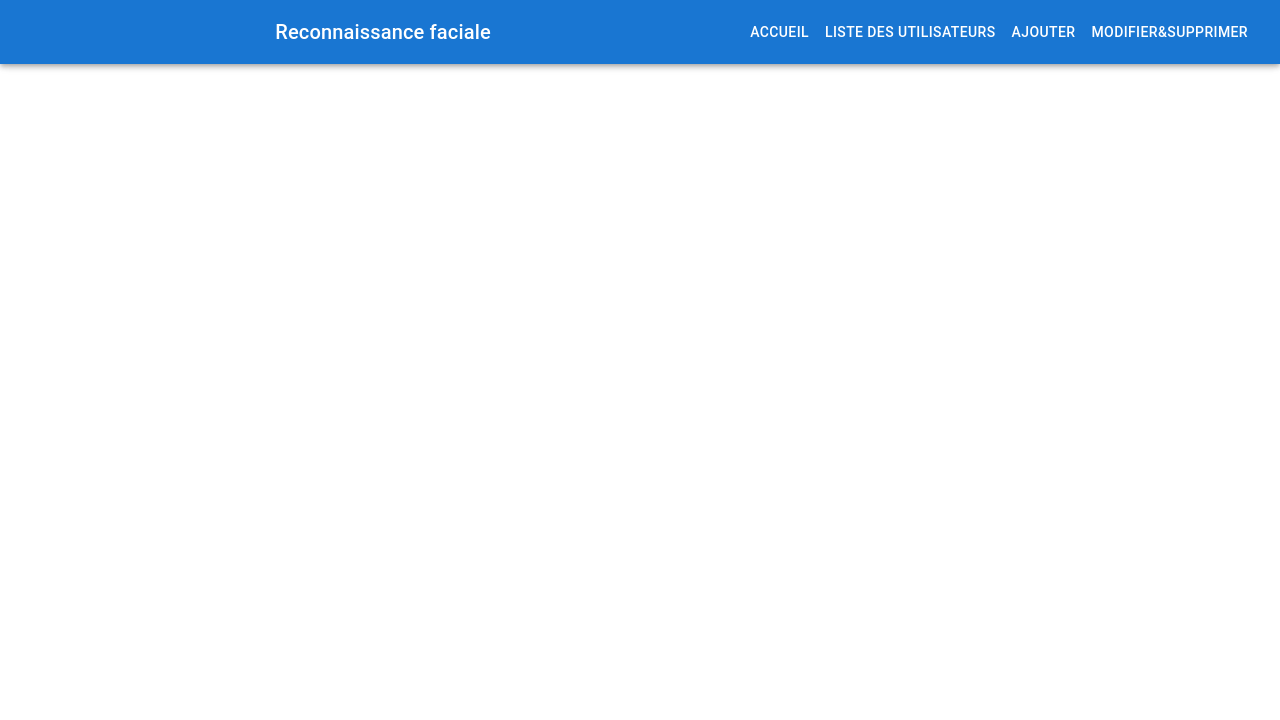
Repository: azizdeghais/Face-recognition-Platform
Page: / (app in front-end/)
These files come from the project's save history. The page is drawn as it stood at one moment and after the next save; the edit follows.
The browser window is 1280 px wide. The pictures show the whole page.
The project was rebuilt for these pictures with package versions that can differ from the ones it lists, and the page was loaded fresh each time. Also part of the build but not shown: front-end/vite.config.js, front-end/src/Ajouter/Ajouter.jsx, front-end/src/Modification/Modification.jsx, front-end/src/Liste/Liste.jsx.

Above is the page before, as saved 2023-05-15 00:58:03.

### front-end/src/main.jsx
import React from 'react'
import ReactDOM from 'react-dom/client'
import App from './App.jsx'
import './index.css'
import { BrowserRouter } from "react-router-dom";

ReactDOM.createRoot(document.getElementById('root')).render(
  <BrowserRouter>
    <App />
  </BrowserRouter>
)

### front-end/src/App.jsx
import './App.css'
import { Route, Routes } from "react-router-dom";
import Home from './Home/Home';
import Ajouter from './Ajouter/Ajouter';
import Modification from './Modification/Modification';
import Navbar from './Navbar/Navbar';
import Liste from './Liste/Liste';
function App() {

  return (
    <div>
      <Navbar/>
      <Routes>
        <Route path='/' element={<Home />} />
        <Route path='/ajouter' element={<Ajouter/>} />
        <Route path='/modifier' element={<Modification />} />
        <Route path='/liste' element={<Liste />} />

      </Routes>
    </div>
  )
}

export default App

### front-end/src/Home/Home.jsx
import '../App.css'
function Home() {
  return (
    <div className='background-image'>

    </div>
  )
}

export default Home

### front-end/src/Navbar/Navbar.jsx
import * as React from 'react';
import PropTypes from 'prop-types';
import AppBar from '@mui/material/AppBar';
import Box from '@mui/material/Box';
import CssBaseline from '@mui/material/CssBaseline';
import Divider from '@mui/material/Divider';
import Drawer from '@mui/material/Drawer';
import IconButton from '@mui/material/IconButton';
import List from '@mui/material/List';
import ListItem from '@mui/material/ListItem';
import ListItemButton from '@mui/material/ListItemButton';
import ListItemText from '@mui/material/ListItemText';
import MenuIcon from '@mui/icons-material/Menu';
import Toolbar from '@mui/material/Toolbar';
import Typography from '@mui/material/Typography';
import Button from '@mui/material/Button';
import {Link} from 'react-router-dom'
const drawerWidth = 240;
const navItems = ['Accueil','Liste des utilisateurs', 'Ajouter', 'Modifier&Supprimer'];



function DrawerAppBar(props) {
  const { window } = props;
  const [mobileOpen, setMobileOpen] = React.useState(false);

  const handleDrawerToggle = () => {
    setMobileOpen((prevState) => !prevState);
  };

  const drawer = (
    <Box onClick={handleDrawerToggle} sx={{ textAlign: 'center' }}>
      <Typography variant="h6" sx={{ my: 2 }}>
        Reconnaissance faciale
      </Typography>
      <Divider />
      <List>
       <ListItem disablePadding>
        <ListItemButton sx={{ textAlign:'center'}}>
            <ListItemText primary={navItems[0]}/>
        </ListItemButton>
       </ListItem>
       <ListItem disablePadding>
        <ListItemButton sx={{ textAlign:'center'}}>
            <ListItemText primary={navItems[1]}/>
        </ListItemButton>
       </ListItem>
       <ListItem disablePadding>
        <ListItemButton sx={{ textAlign:'center'}}>
            <ListItemText primary={navItems[2]}/>
        </ListItemButton>
       </ListItem>
       <ListItem disablePadding>
        <ListItemButton sx={{ textAlign:'center'}}>
            <ListItemText primary={navItems[3]}/>
        </ListItemButton>
       </ListItem>
      </List>
    </Box>
  );

  const container = window !== undefined ? () => window().document.body : undefined;

  return (
    <Box sx={{ display: 'flex' }}>
      <CssBaseline />
      <AppBar component="nav">
        <Toolbar>
          <IconButton
            color="inherit"
            aria-label="open drawer"
            edge="start"
            onClick={handleDrawerToggle}
            sx={{ mr: 2, display: { sm: 'none' } }}
          >
            <MenuIcon />
          </IconButton>
          <Typography
            variant="h6"
            component="div"
            sx={{ flexGrow: 1, display: { xs: 'none', sm: 'block' } }}
          >
            Reconnaissance faciale
          </Typography>
          <Box sx={{ display: { xs: 'none', sm: 'block' } }}>
        <Link to="/">
          <Button sx={{color:'#fff'}}>
            {navItems[0]}
          </Button>
        </Link>
        <Link to="/liste">
          <Button sx={{color:'#fff'}}>
            {navItems[1]}
          </Button>
        </Link>
        <Link to="/ajouter">
          <Button sx={{color:'#fff'}}>
            {navItems[2]}
          </Button>
        </Link>
        <Link to="/modifier">
          <Button sx={{color:'#fff'}}>
            {navItems[3]}
          </Button>
        </Link>

          </Box>
        </Toolbar>
      </AppBar>
      <Box component="nav">
        <Drawer
          container={container}
          variant="temporary"
          open={mobileOpen}
          onClose={handleDrawerToggle}
          ModalProps={{
            keepMounted: true, // Better open performance on mobile.
          }}
          sx={{
            display: { xs: 'block', sm: 'none' },
            '& .MuiDrawer-paper': { boxSizing: 'border-box', width: drawerWidth },
          }}
        >
          {drawer}
        </Drawer>
      </Box>

    </Box>
  );
}

DrawerAppBar.propTypes = {
  /**
   * Injected by the documentation to work in an iframe.
   * You won't need it on your project.
   */
  window: PropTypes.func,
};

export default DrawerAppBar;

### front-end/src/Home/Home.css
body {
    background: url(../public/bg.jpg) no-repeat center center fixed;
    -webkit-background-size: cover;
    -moz-background-size: cover;
    -o-background-size: cover;
    background-size: cover;
  }

Loaded but not shown: front-end/index.html (common file); front-end/src/index.css (common file); front-end/src/App.css (common file)

After the next save:
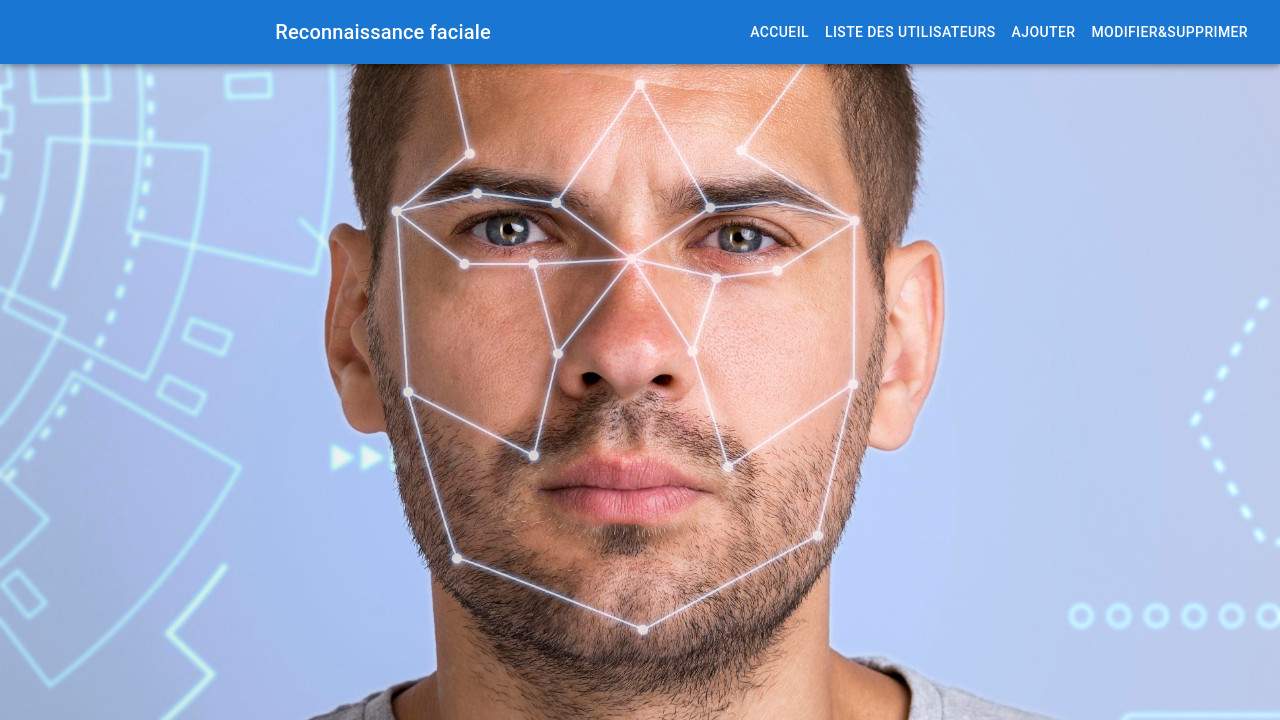
Saved 4 s later.
--- a/front-end/src/Home/Home.jsx
+++ b/front-end/src/Home/Home.jsx
@@ -1,4 +1,4 @@
-import '../App.css'
+import '../Home.css'
 function Home() {
   return (
     <div className='background-image'>

After the 2 saves that followed:
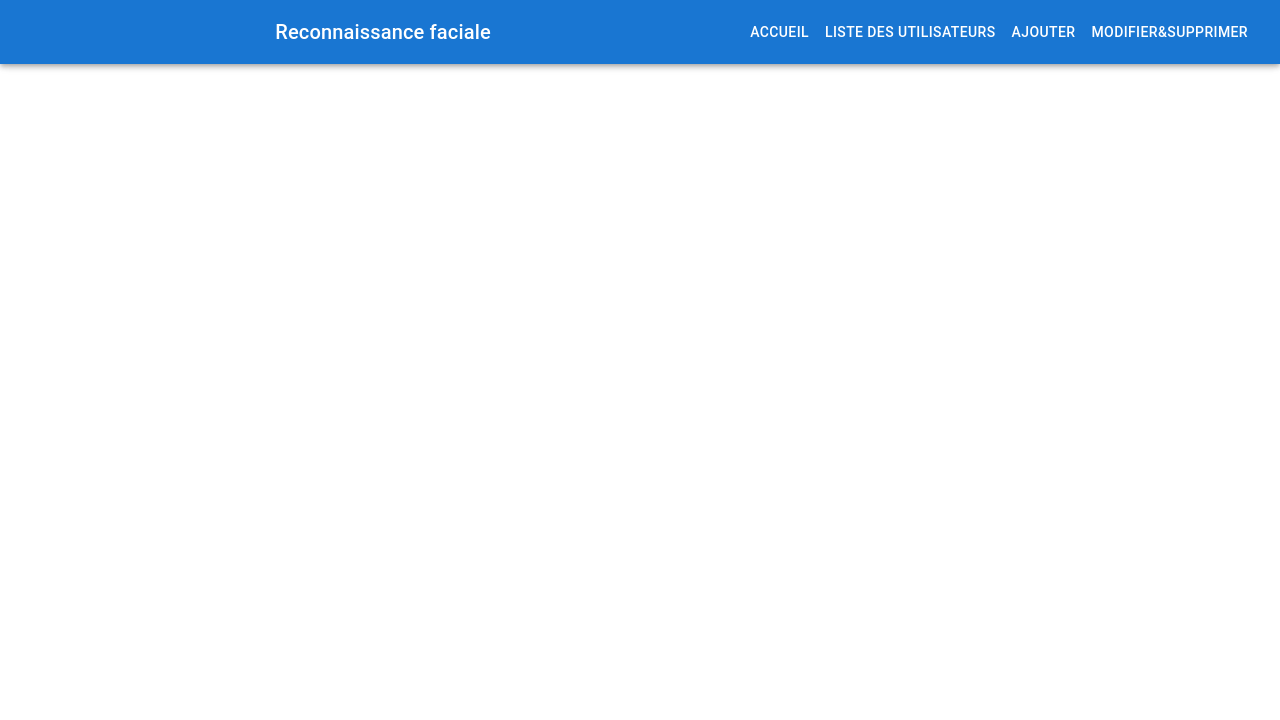
The 2 saves are shown as one change because 1 left the picture as it was.
The last was saved 89 s later.
--- a/front-end/src/Home/Home.jsx
+++ b/front-end/src/Home/Home.jsx
@@ -1,4 +1,4 @@
-import '../Home.css'
+import './Home.css'
 function Home() {
   return (
     <div className='background-image'>
--- a/front-end/src/Home/Home.css
+++ b/front-end/src/Home/Home.css
@@ -1,4 +1,4 @@
-body {
+.background-image {
     background: url(../public/bg.jpg) no-repeat center center fixed;
     -webkit-background-size: cover;
     -moz-background-size: cover;
